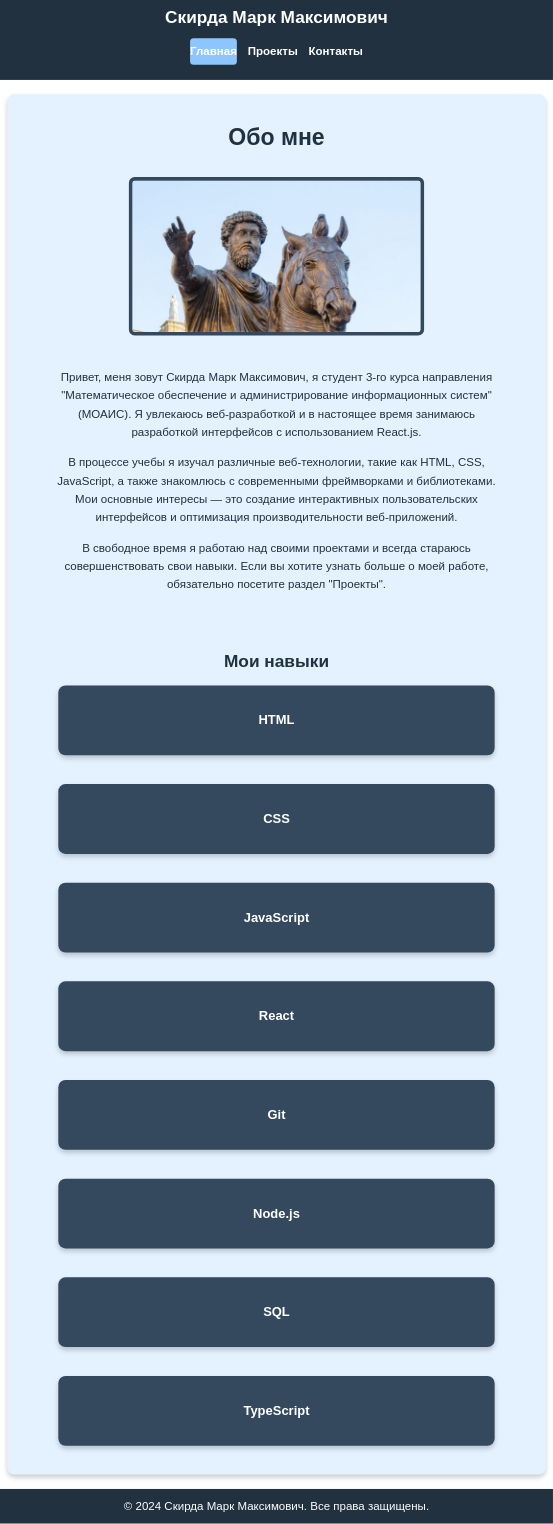
Repository: SFLDisarray/mark-cv
Page: index.html
The author's editor kept a copy of each file at every save. The page is drawn from the files as they stood at one save, then again after a run of saves.
The browser window is 768 px wide. The pictures show the whole page, at 72% of full size.

Above is the page before, as saved 2024-12-16 22:54:52.

### index.html
<!DOCTYPE html>
<html lang="en">
  <head>
    <meta charset="UTF-8" />
    <meta name="viewport" content="width=device-width, initial-scale=1.0" />
    <link rel="stylesheet" href="css/style.css" />
    <link rel="stylesheet" href="css/main-page.css" />
    <title>Студенческий сайт-визитка</title>
  </head>
  <body>
    <div class="wrapper">
      <header>
        <div class="logo">Скирда Марк Максимович</div>
        <nav>
          <ul>
            <li><a href="index.html" class="selected">Главная</a></li>
            <li><a href="pages/projects.html">Проекты</a></li>
            <li><a href="pages/contacts.html">Контакты</a></li>
          </ul>
        </nav>
      </header>

      <div id="main" class="container">
        <h1>Обо мне</h1>
        <div class="about-container">
          <div class="profile-image">
            <img src="assets/img/me.jpg" alt="Мое фото" />
          </div>
          <div class="about-text">
            <p>
              Привет, меня зовут Скирда Марк Максимович, я студент 3-го курса
              направления "Математическое обеспечение и администрирование
              информационных систем" (МОАИС). Я увлекаюсь веб-разработкой и в
              настоящее время занимаюсь разработкой интерфейсов с использованием
              React.js.
            </p>
            <p>
              В процессе учебы я изучал различные веб-технологии, такие как
              HTML, CSS, JavaScript, а также знакомлюсь с современными
              фреймворками и библиотеками. Мои основные интересы — это создание
              интерактивных пользовательских интерфейсов и оптимизация
              производительности веб-приложений.
            </p>
            <p>
              В свободное время я работаю над своими проектами и всегда стараюсь
              совершенствовать свои навыки. Если вы хотите узнать больше о моей
              работе, обязательно посетите раздел "Проекты".
            </p>
          </div>
        </div>
        <div class="skills">
          <h2>Мои навыки</h2>
          <div class="skills-container">
            <a
              href="https://developer.mozilla.org/en-US/docs/Web/HTML"
              target="_blank"
              class="skill"
            >
              <h3>HTML</h3>
            </a>
            <a
              href="https://developer.mozilla.org/en-US/docs/Web/CSS"
              target="_blank"
              class="skill"
            >
              <h3>CSS</h3>
            </a>
            <a
              href="https://developer.mozilla.org/en-US/docs/Web/JavaScript"
              target="_blank"
              class="skill"
            >
              <h3>JavaScript</h3>
            </a>
            <a href="https://reactjs.org/" target="_blank" class="skill">
              <h3>React</h3>
            </a>
            <a href="https://git-scm.com/" target="_blank" class="skill">
              <h3>Git</h3>
            </a>
            <a href="https://nodejs.org/" target="_blank" class="skill">
              <h3>Node.js</h3>
            </a>
            <a href="https://www.mysql.com/" target="_blank" class="skill">
              <h3>SQL</h3>
            </a>
            <a
              href="https://www.typescriptlang.org/"
              target="_blank"
              class="skill"
            >
              <h3>TypeScript</h3>
            </a>
          </div>
        </div>
      </div>
      <footer>
        <ul>
          <li>
            <a href="index.html"
              >&copy; 2024 Скирда Марк Максимович. Все права защищены.</a
            >
          </li>
        </ul>
      </footer>
    </div>
  </body>
</html>

### css/style.css
:root {
  --first-color: #e4f1fe;
  --second-color: #8dc6ff;
  --third-color: #22313f;
  --fourth-color: #34495e;
}

body,
html {
  margin: 0;
  padding: 0;
  font-family: Arial, sans-serif;
  color: var(--first-color);
  height: 100%;
}

.wrapper {
  display: flex;
  flex-direction: column;
  height: 100%;
}

header {
  background: var(--third-color);
  color: white;
  padding: 10px 20px;
  display: flex;
  justify-content: space-between;
  align-items: center;
  flex-wrap: wrap;
}

header .logo {
  font-size: 24px;
  font-weight: bold;
}

nav ul {
  display: flex;
  gap: 15px;
  list-style: none;
  padding: 0;
  margin: 0;
}

nav ul li {
  list-style: none;
}

nav a {
  text-decoration: none;
  color: white;
  font-weight: bold;
  padding: 5px 10px;
  border-radius: 5px;
  transition: background 0.3s;
}

nav a:hover {
  background: var(--second-color);
}

nav a.selected {
  background: var(--second-color);
}

.container {
  padding: 20px;
  background: var(--fourth-color);
  color: white;
  flex-grow: 1;
}

#main {
  background: var(--first-color);
  color: var(--third-color);
  box-shadow: 0 4px 8px rgba(0, 0, 0, 0.2);
  border-radius: 10px;
  padding: 20px;
  margin: 20px;
}

#main h1 {
  text-align: center;
}

footer {
  background: var(--third-color);
  color: white;
  text-align: center;
  padding: 10px;
}

footer ul {
  list-style: none;
  padding: 0;
  margin: 0;
}

footer ul li {
  list-style: none;
}

footer a {
  text-decoration: none;
  color: white;
}

@media (max-width: 768px) {
  header {
    padding: 10px 15px;
    display: flex;
    flex-direction: column;
    align-items: center;
    justify-content: flex-start;
    gap: 10px;
  }

  .logo {
    font-size: 20px;
    text-align: center;
    margin-bottom: 15px;
  }

  nav ul {
    display: flex;
    align-items: center;
    padding: 0;
    margin: 0 0 20px;
    width: 100%;
  }

  nav a {
    margin: 5px 0;
    width: 100%;
    text-align: center;
    padding: 10px 0;
  }

  .container {
    padding: 10px;
  }

  #main {
    background: var(--first-color);
    color: var(--third-color);
    box-shadow: 0 4px 8px rgba(0, 0, 0, 0.2);
    border-radius: 10px;
    padding: 20px;
    margin: 20px 10px;
  }

  footer {
    padding: 15px;
  }

  footer ul {
    display: flex;
    justify-content: center;
    gap: 15px;
    padding: 0 20px;
  }

  footer a {
    text-decoration: none;
    color: white;
  }
}

### css/main-page.css
.about-container {
  display: flex;
  align-items: center;
  justify-content: center;
  gap: 30px;
  padding: 20px;
  border-radius: 10px;
  flex-wrap: wrap;
}

.profile-image img {
  width: 450px;
  height: 350px;
  object-fit: cover;
  border-radius: 8px;
  border: 5px solid var(--fourth-color);
}

.about-text {
  max-width: 600px;
  color: var(--third-color);
}

.about-text p {
  font-size: 18px;
  line-height: 1.6;
  margin-bottom: 15px;
}

@media (max-width: 768px) {
  .about-container {
    flex-direction: column;
    gap: 20px;
    padding: 15px;
  }

  .profile-image img {
    width: 100%;
    height: auto;
    max-width: 400px;
    margin: 0 auto;
  }

  .about-text {
    max-width: 100%;
    text-align: center;
  }

  .about-text p {
    font-size: 16px;
  }
}

@media (max-width: 1024px) {
  .about-container {
    gap: 25px;
  }

  .profile-image img {
    height: auto;
  }

  .about-text {
    max-width: 90%;
  }
}

.skills {
  margin-top: 30px;
  display: flex;
  flex-direction: column;
  align-items: center;
}

.skills h2 {
  text-align: center;
  font-size: 24px;
  margin-bottom: 20px;
}

.skills-container {
  display: flex;
  flex-wrap: wrap;
  gap: 30px;
  max-width: 1200px;
  width: 100%;
  justify-content: center;
}

.skill {
  background: var(--fourth-color);
  color: white;
  padding: 20px;
  border-radius: 10px;
  width: 150px;
  text-align: center;
  box-shadow: 0 4px 8px rgba(0, 0, 0, 0.2);
  margin-bottom: 30px;
  transition: transform 0.3s, box-shadow 0.3s ease-in-out;
  text-decoration: none;
}

.skill h3 {
  font-size: 18px;
}

.skill:hover {
  transform: translateY(-5px);
  box-shadow: 0 8px 16px rgba(0, 0, 0, 0.3);
}

.skill:active {
  transform: translateY(2px);
  box-shadow: 0 2px 4px rgba(0, 0, 0, 0.2);
}

@media (max-width: 768px) {
  .skills-container {
    flex-direction: column;
    align-items: center;
    gap: 20px;
  }

  .skill {
    width: 80%;
    margin-bottom: 20px;
  }
}

After the next 3 saves:
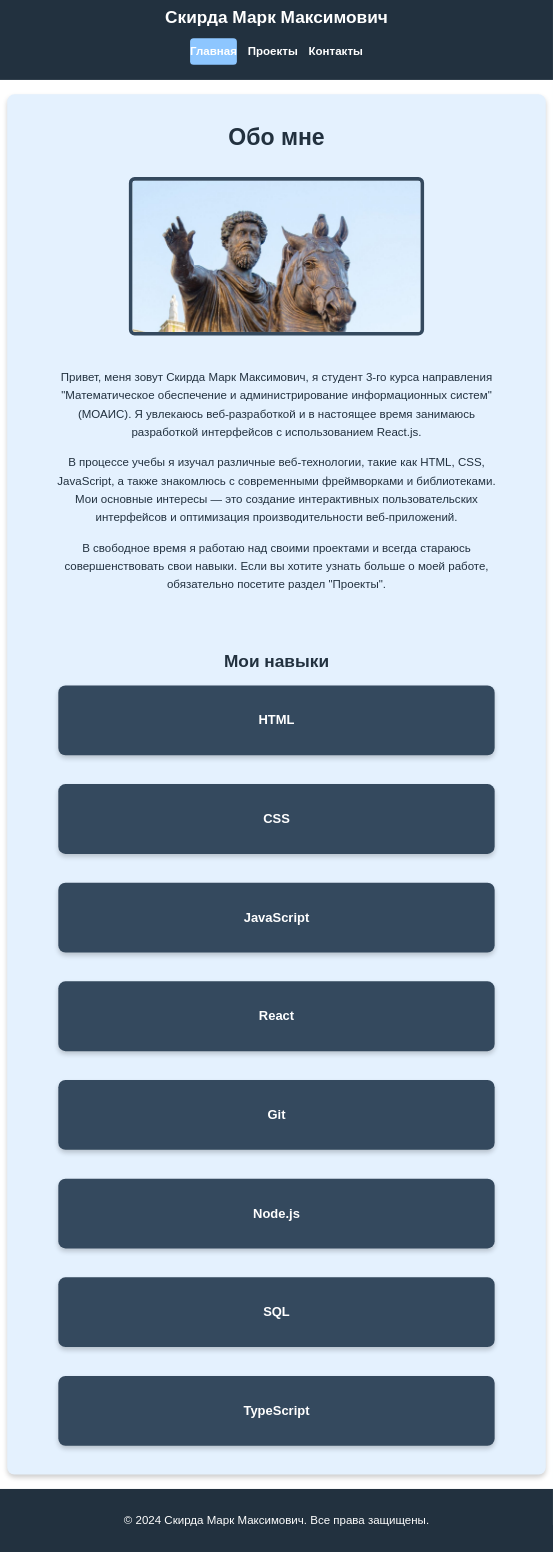
The 3 saves are shown as one change because they came seconds apart.
The last was saved 51 s later.
--- a/css/style.css
+++ b/css/style.css
@@ -158,7 +158,7 @@
     display: flex;
     justify-content: center;
     gap: 15px;
-    padding: 0 20px;
+    margin: 20px;
   }
 
   footer a {

After the save that followed:
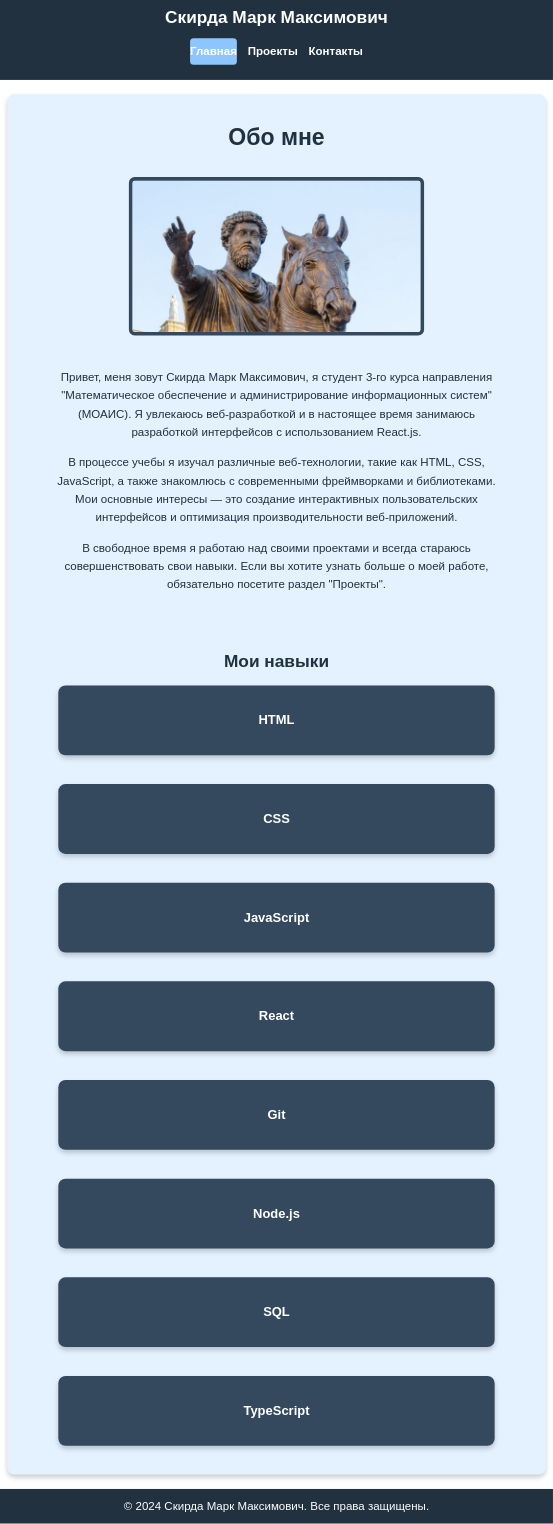
Saved 11 s later.
--- a/css/style.css
+++ b/css/style.css
@@ -158,7 +158,6 @@
     display: flex;
     justify-content: center;
     gap: 15px;
-    margin: 20px;
   }
 
   footer a {
